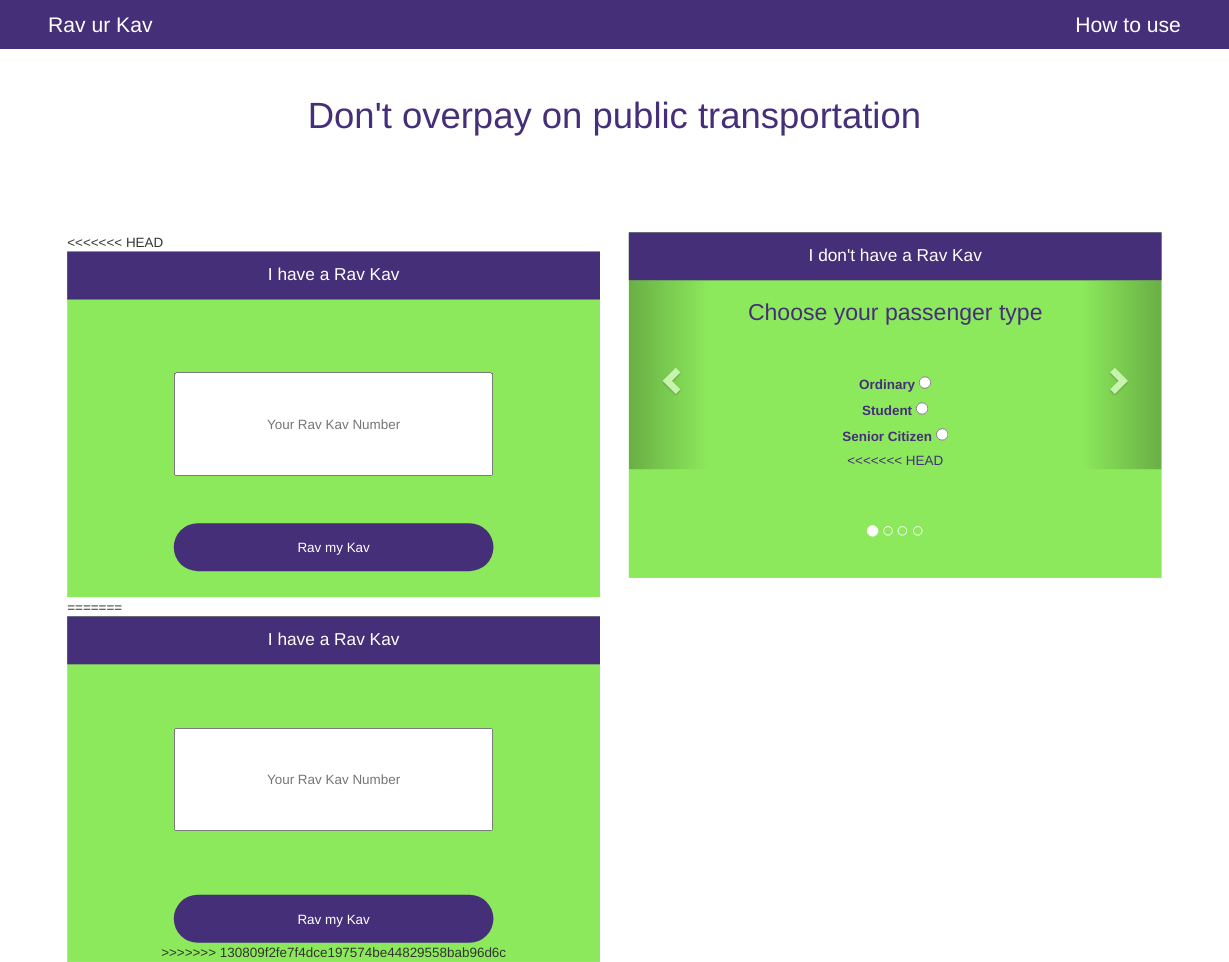
Repository: Louhla/Rav-ur-Kav
Page: index.html
An editor plug-in stored every save of this project. The page is shown before and after the next save, followed by the edit.
The browser window is 1280 px wide. The pictures show the whole page, at 96% of full size.

Above is the page before, as saved 2019-07-17 22:17:17.

### index.html
<!DOCTYPE html>
<html lang="en">

<head>
    <meta charset="utf-8">
    <meta name="viewport" content="width=device-width, initial-scale=1">
    <link rel="stylesheet" href="https://maxcdn.bootstrapcdn.com/bootstrap/3.4.0/css/bootstrap.min.css">
    <script src="https://ajax.googleapis.com/ajax/libs/jquery/3.4.1/jquery.min.js"></script>
    <script src="https://maxcdn.bootstrapcdn.com/bootstrap/3.4.0/js/bootstrap.min.js"></script>
    <link rel="stylesheet" type="text/css" href="./css/rav-ur-kav.css">
    <title>Rav ur kav - Public Transport Calculator</title>
    <meta name="description" content="Get the best rate for your Rav Kav according to your commute">
</head>

<body>
    <div id="modal-wrapper">
        <div class="modal">
            <h1>How to get the most our of your Rav Kav:</h1>
            <h3>For current Rav Kav users:</h3>
            <h3>Log in with your Rav Kav card number located on the back of your card (bottom right corner)</h3>
            <h3>Rav ur Kav alanlyzes your commute history and reccomends the best Rav Kav plan that will save you the
                most money</h3>
            <h3>Not sure what plan is right for you?</h3>
            <h3>Use the Rav Kav plan calculator to figure out which plan is right for you</h3>
            <br>
            <div id="button-box">
                <button class="my-button" id="close">Close</button>
            </div>
        </div>
    </div>
    <div id="root"></div>
    <heading class="header">
        <div class="logo">Rav ur Kav
        </div>
        <div id="how-to">How to use
        </div>
    </heading>

    <div class="container">
        <div class="row">
            <div class="col-md-12">
                <h1>Don't overpay on public transportation</h1>
            </div>
        </div>
        <div class="row">
            <div class="col-md-6">
<<<<<<< HEAD
                <div class="existing-user">
                    <h4>I have a Rav Kav</h4>
                    <input id="rav-kav-number" type=text placeholder="Your Rav Kav Number"></input>
                    <a id="show-plan" href="#recommended-plan">
                        <input type="submit" value="Rav my Kav" id="rav-kav-number-button" />
                    </a>
                </div>
=======
                <form id="existing-user-form">
                    <div class="existing-user">
                        <h4>I have a Rav Kav</h4>
                        <input id="rav-kav-number" type=text placeholder="Your Rav Kav Number"></input>
                        <a href="#recommended-plan">
                            <input type="submit" value="Rav my Kav" id="rav-kav-number-button" />
                        </a>
                </form>
>>>>>>> 130809f2fe7f4dce197574be44829558bab96d6c
            </div>
        </div>
        <div class="col-md-6">
            <div class="new-user">
                <h4>I don't have a Rav Kav</h4>
                <div id="myCarousel" class="carousel slide" data-ride="carousel">
                    <!-- Indicators -->
                    <ol class="carousel-indicators">
                        <li data-target="#myCarousel" data-slide-to="0" class="active"></li>
                        <li data-target="#myCarousel" data-slide-to="1"></li>
                        <li data-target="#myCarousel" data-slide-to="2"></li>
                        <li data-target="#myCarousel" data-slide-to="3"></li>
                    </ol>

                    <!-- Wrapper for slides -->
                    <form id="plan-calculator-form">
                        <div class="carousel-inner">
                            <div class="item active">
                                <h3>Choose your passenger type</h3>

                                <div>
                                    <label>Ordinary</label>
                                    <input type="radio" name="radio"></input>
                                </div>
                                <div>
                                    <label>Student</label>
                                    <input type="radio" name="radio"></input>
                                </div>
                                <div>
                                    <label>Senior Citizen</label>
                                    <input type="radio" name="radio"></input>
                                </div>
                            </div>

                            <div class="item">
                                <h3>Where do you wanna ride?</h3>

                                <label>Choose a city or several places if you are travelling between cities</label>
                                <select>
                                    <option selected disabled>City</option>
                                    <option value="low">Tel Aviv</option>
                                    <option value="medium">Jerusalem</option>
                                    <option value="high">Haifa</option>
                                    <option value="high">Rishon Le Zion</option>
                                    <option value="high">Herzlya</option>
                                    <option value="high">Raanana</option>
                                    <option value="high">Netanya</option>
                                    <option value="high">Beit Shemesh</option>
                                </select>

                            </div>

                            <div class="item">
                                <h3>What's your public transportation?</h3>
                                <table id="driving-pattern">
                                    <tr>
                                        <th>Type</th>
                                        <th>MON</th>
                                        <th>TUE</th>
                                        <th>WED</th>
                                        <th>THU</th>
                                        <th>FRI</th>
                                        <th>SAT</th>
                                        <th>SUN</th>
                                    </tr>
                                    <tr>
                                        <td>City 2 City Bus</td>
                                        <td><input class="rides-per-day" type="number" min="0" max="9"></input></td>
                                        <td><input class="rides-per-day" type="number" min="0" max="9"></input></td>
                                        <td><input class="rides-per-day" type="number" min="0" max="9"></input></td>
                                        <td><input class="rides-per-day" type="number" min="0" max="9"></input></td>
                                        <td><input class="rides-per-day" type="number"></input></td>
                                        <td><input class="rides-per-day" type="number" min="0" max="9"></input></td>
                                        <td><input class="rides-per-day" type="number" min="0" max="9"></input></td>
                                    </tr>
                                    <tr>
                                        <td>City 2 City Train</td>
                                        <td><input class="rides-per-day" type="number" min="0" max="9"></input></td>
                                        <td><input class="rides-per-day" type="number" min="0" max="9"></input></td>
                                        <td><input class="rides-per-day" type="number" min="0" max="9"></input></td>
                                        <td><input class="rides-per-day" type="number" min="0" max="9"></input></td>
                                        <td><input class="rides-per-day" type="number" min="0" max="9"></input></td>
                                        <td><input class="rides-per-day" type="number" min="0" max="9"></input></td>
                                        <td><input class="rides-per-day" type="number" min="0" max="9"></input></td>
                                    </tr>
                                    <tr>
                                        <td>City Bus</td>
                                        <td><input class="rides-per-day" type="number" min="0" max="9"></input></td>
                                        <td><input class="rides-per-day" type="number" min="0" max="9"></input></td>
                                        <td><input class="rides-per-day" type="number" min="0" max="9"></input></td>
                                        <td><input class="rides-per-day" type="number" min="0" max="9"></input></td>
                                        <td><input class="rides-per-day" type="number" min="0" max="9"></input></td>
                                        <td><input class="rides-per-day" type="number" min="0" max="9"></input></td>
                                        <td><input class="rides-per-day" type="number" min="0" max="9"></input></td>
                                    </tr>
                                </table>
                            </div>
<<<<<<< HEAD
                            <div class="item submit-new-customer">
                                <button id="rav-my-kav">Rav my Kav</button>
=======
                            <div class="item">
                                <a href="#recommended-plan">
                                    <input type="submit" value="Rav my Kav" id="rav-my-kav" />
                                </a>
>>>>>>> 130809f2fe7f4dce197574be44829558bab96d6c
                            </div>
                        </div>
                    </form>
                    <!-- Left and right controls -->
                    <a class="left carousel-control" href="#myCarousel" data-slide="prev">
                        <span class="glyphicon glyphicon-chevron-left"></span>
                        <span class="sr-only">Previous</span>
                    </a>
                    <a class="right carousel-control" href="#myCarousel" data-slide="next">
                        <span class="glyphicon glyphicon-chevron-right"></span>
                        <span class="sr-only">Next</span>
                    </a>
                </div>
            </div>
        </div>
    </div>
    <div class="row">
        <div class="col-md-12 recommended-plan" id="recommended-plan">
            <h2>Your recommended plan</h2>
            <div>
                Monthly Rav Kav Plan
            </div>
            <button id="purchase">Purchase now</button>
        </div>
    </div>
    </div>
    <script type="text/javascript" src="./js/rav-ur-kav.js"></script>
</body>

</html>

### css/rav-ur-kav.css
body {
    margin: 0px;
    padding: 0px;
    /* background-image: url(../IMG/bus.jpg); */
}
/* Modal START */
#modal-wrapper {
    position: fixed;
    top: 0;
    bottom: 0;
    right: 0;
    left: 0;
    background-color: rgba(0, 0, 0, 0.5);
    z-index: 12345;
    display: none;
}

#modal-wrapper .modal {
    background-color: #462F79;
    width: 70vw;
    height: 70vh;
    position: absolute;
    top: 50%;
    left: 50%;
    transform: translateX(-50%) translateY(-50%);
    border-radius: 5px;
    color: white;
    display: flex;
    flex-direction: column;
    justify-content: space-evenly;
}


.modal h1 {
    font-size: 3rem;
    margin: 1rem 5rem;
    text-shadow: 1px 2px #000000;
}

.modal h3 {
    font-size: 2rem;
    margin: 1rem 5rem;
}

#button-box {
    width: 80%;
    display: flex;
    justify-content: flex-end;
    align-items: center;
}

.my-button {
    color: white;
    background-color:#27164D;
    height: 5vh;
    width: 20vh;
    font-size: 4vh;
    text-align: center;
    padding: 0;
}
/* Modal END */

/* Homepage START */
.header{
    display: flex;
    position: fixed;
    z-index: 9;
    justify-content: space-between;
    width: 100%;
    align-items: center;
    box-shadow: 5px;
    background-color: #462F79;
    color: white;
    font-size: 22px;
}
.logo{
    margin: 10px 0px 10px 50px;
}
.how-to{
    margin: 10px 50px 10px 0px;
}
.existing-user{
    background-color: #8CE95C;
    display: flex;
    flex-direction: column;
    text-align: center;
    height: 50vh;
}
.new-user{
    background-color: #8CE95C;
    text-align: center;
    height: 50vh;
}
h1{
    text-align: center;
    margin: 100px;
    color: #8CE95C;
    font-size: 38px;
}
.existing-user > h4, .new-user > h4{
    background-color: #462F79;
    padding: 15px 0px;
    margin: 0px;
    color: white;
}
#rav-kav-number{
    width: 60%;
    margin: auto;
    text-align: center;
}
#rav-kav-number-button, #purchase, #rav-my-kav{
    width: 60%;
    margin: auto;
    height: 50px;
    border-radius: 50px;
    border-style: none;
    color: white;
    background-color: #462F79;
    -webkit-transition: width 0.5s ease-in-out;
    -moz-transition: width 0.5s ease-in-out;
    -ms-transition: width 0.5s ease-in-out;
    transition: width 0.5s ease-in-out;
}
.submit-new-customer{
    height: 200px;
}
.add-city{
    background-color: #462F79;
    border-radius: 50px;
    border-style: none;
    color:white;
}
#hidden-city{
    display: none;
}
#rav-my-kav{
    position: relative;
    top: 50%;
}
#rav-kav-number-button:hover{
    width: 62%;
}
a{
    cursor:pointer;
    text-decoration: none;
    color: white;
}
a:hover{
    text-decoration: none;
    color: white;
}
#how-to{
    margin: 10px 50px 10px 0px;
    cursor: pointer;
}
.existing-user{
    background-color: #8CE95C;
    display: flex;
    flex-direction: column;
    text-align: center;
    height: 50vh;
}
.new-user{
    background-color: #8CE95C;
    text-align: center;
    height: 50vh;
}
h1{
    text-align: center;
    margin: 100px;
    color: #462F79;
    font-size: 38px;
}
.existing-user > h4, .new-user > h4{
    background-color: #462F79;
    padding: 15px 0px;
    margin: 0px;
    color: white;
}
#rav-kav-number{
    width: 60%;
    height: 30%;
    margin: auto;
    text-align: center;
}
.recommended-plan{
    display: none;
    align-items :center;
    flex-direction: column;
    margin-top: 100px;
}
.recommended-plan > div{
    height: 300px;
}
h2{
    color: #462F79;
    font-size: 38px;
}
#purchase{
    margin-bottom: 100px;
}
.carousel{
    position: relative;
    height: 84%;
    color: #462F79;
}
#passenger-type{
    display: flex;
    flex-direction: column;
    align-items: center;
    justify-content: space-evenly;
}
label{
    border-radius: 50%;
}
h3{
    margin-bottom: 50px;
}
.rides-per-day{
    width: 30px;
    height: 30px;
}
#driving-pattern{
    margin: auto;
}
#show-plan{
    position: relative;
    top: -27px;
}
/* Homepage END */

### js/rav-ur-kav.js
console.log("step1");

$(document).ready(() => {
    // Globals

    // Modal buttons
    let howToButton = $("#how-to");
    let closeModalButton = $("#close");
    $(closeModalButton).on("click", () => {
      $("#modal-wrapper").toggle();
    });
    $(howToButton).on("click", () => {
      $("#modal-wrapper").toggle();
    });
    // Rav my Kav button
    let reccomendedPlanButton = $("#rav-kav-number-button");
    $(reccomendedPlanButton).on("click", () => {
        $("#recommended-plan").css("display", "flex");
    })
});
console.log("whats up")



$('#rav-kav-number').on('input', function (event) {
    this.value = this.value.replace(/[^0-9]/g, '');
});

$('.carousel').carousel({
    interval: false
  }).on('slid.bs.carousel', function () {
      curSlide = $('.active');
    if(curSlide.is( ':first-child' )) {
       $('.left').hide();
       return;
    } else {
       $('.left').show();
    }
    if (curSlide.is( ':last-child' )) {
       $('.right').hide();
       return;
    } else {
       $('.right').show();
    }
  });

After the next save:
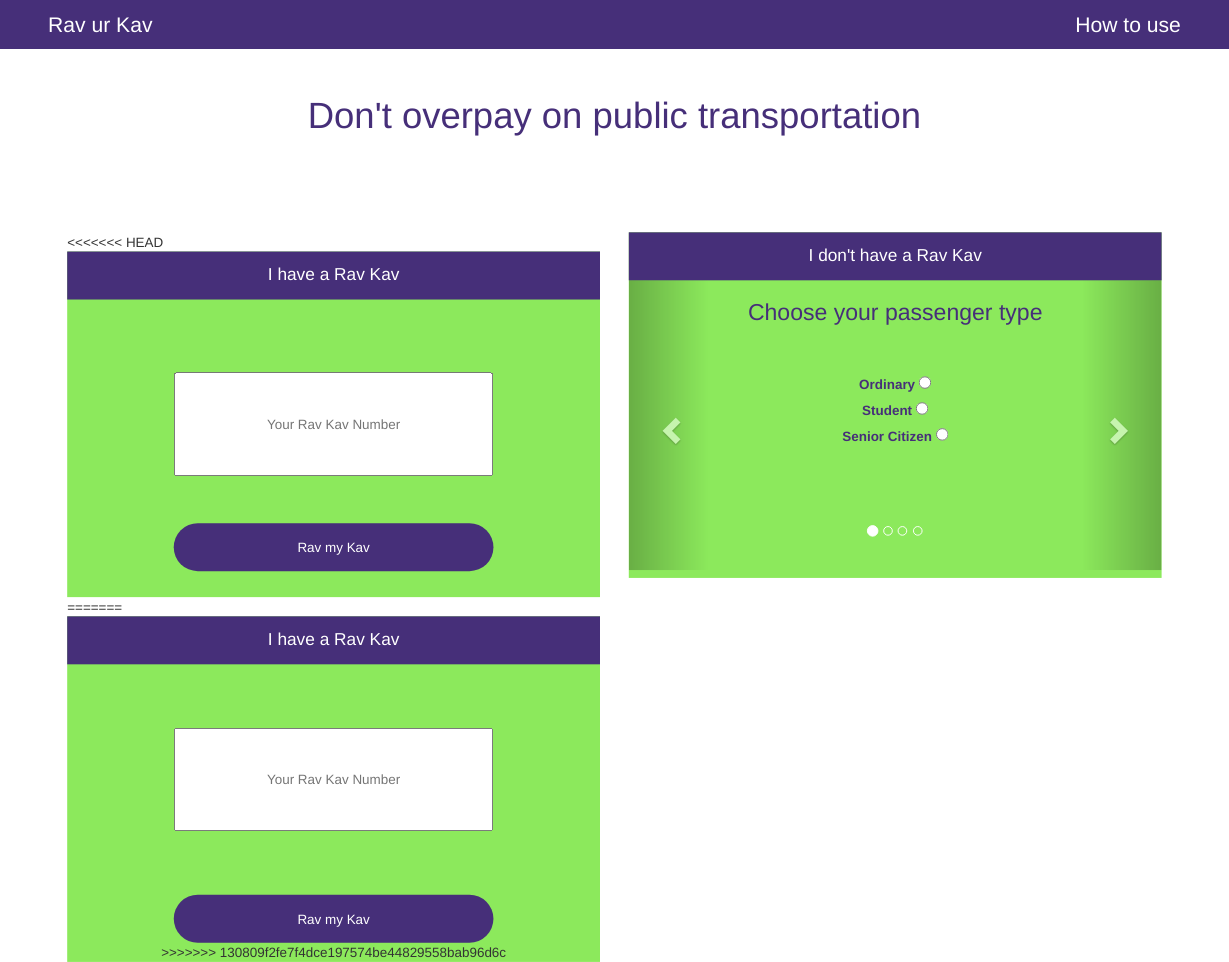
Saved 10 s later.
--- a/index.html
+++ b/index.html
@@ -159,15 +159,10 @@
                                     </tr>
                                 </table>
                             </div>
-<<<<<<< HEAD
-                            <div class="item submit-new-customer">
-                                <button id="rav-my-kav">Rav my Kav</button>
-=======
                             <div class="item">
                                 <a href="#recommended-plan">
                                     <input type="submit" value="Rav my Kav" id="rav-my-kav" />
                                 </a>
->>>>>>> 130809f2fe7f4dce197574be44829558bab96d6c
                             </div>
                         </div>
                     </form>
